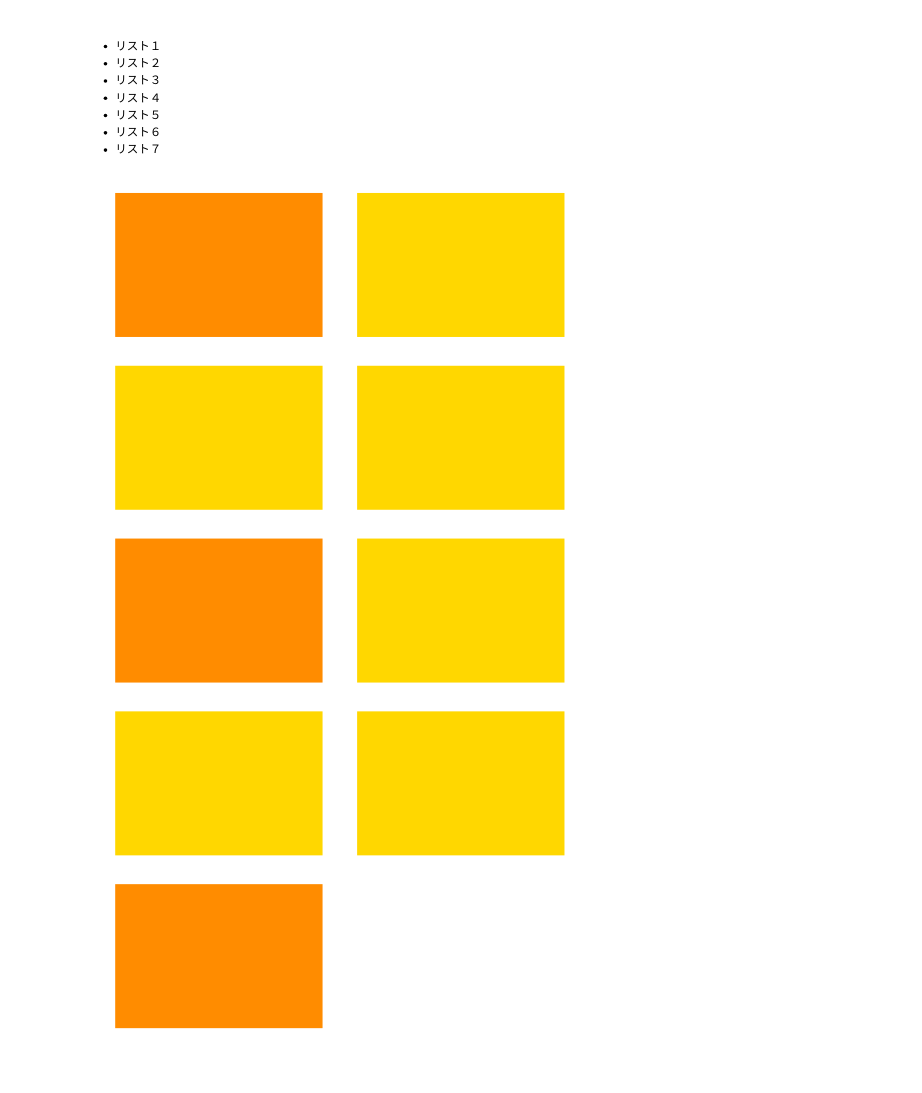
Repository: 825814/caravan2
Page: chapter8/index.html
The author's editor kept a record of every edit. The page is drawn from the files as they stood at one moment, then again after the next edit.
The browser window is 1280 px wide. The pictures show the whole page, at 72% of full size.

Above is the page before.

After the next edit:
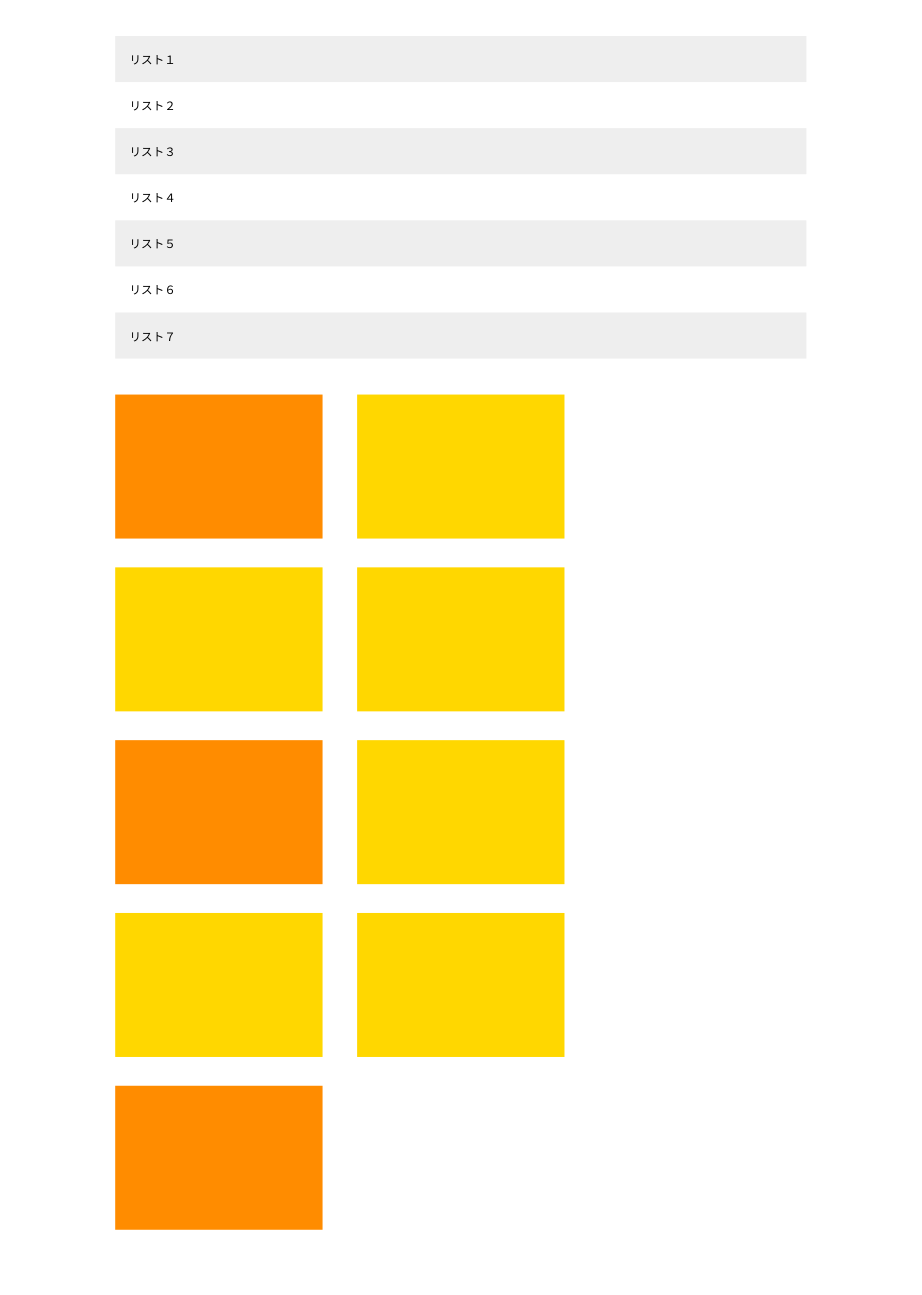
The edit:
--- a/chapter8/index.html
+++ b/chapter8/index.html
@@ -8,13 +8,13 @@
   <body>
     <main>
       <ul class="item-list">
-        <li>リスト１</li>
-        <li>リスト２</li>
-        <li>リスト３</li>
-        <li>リスト４</li>
-        <li>リスト５</li>
-        <li>リスト６</li>
-        <li>リスト７</li>
+        <li class="item">リスト１</li>
+        <li class="item">リスト２</li>
+        <li class="item">リスト３</li>
+        <li class="item">リスト４</li>
+        <li class="item">リスト５</li>
+        <li class="item">リスト６</li>
+        <li class="item">リスト７</li>
       </ul>
       <div class="box-list">
         <div class="box"></div>
